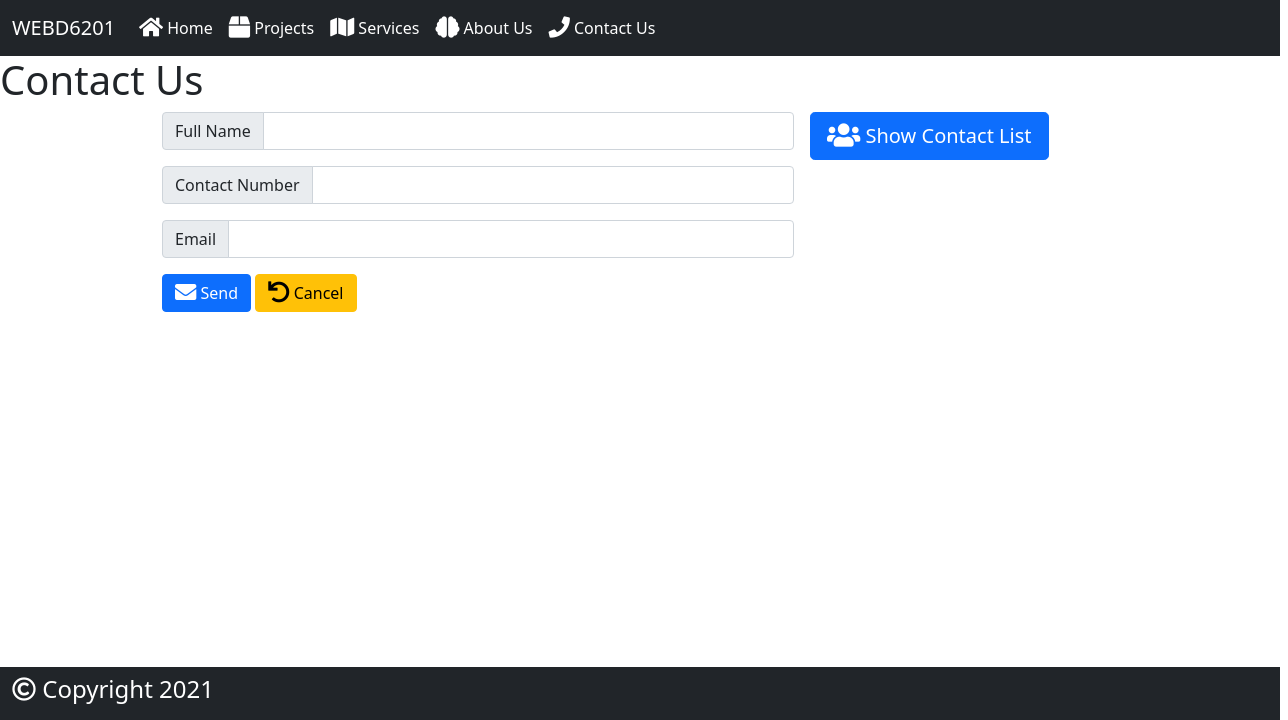
Repository: AshokSasi/WEBD6201-ASasi-JYuan-Lab2
Page: contact.html
The author's editor kept a copy of each file at every save. The page is drawn from the files as they stood at one save, then again after the next save.
The browser window is 1280 px wide. The page is 1288 px wide, then 1280 px, then 1288 px, so the pictures cover 1288 px, including what lies to the right of the window. The pictures show the whole page.

Above is the page before, as saved 2021-01-28 20:36:55.
Not found: Scripts/contact.js

After the next save:
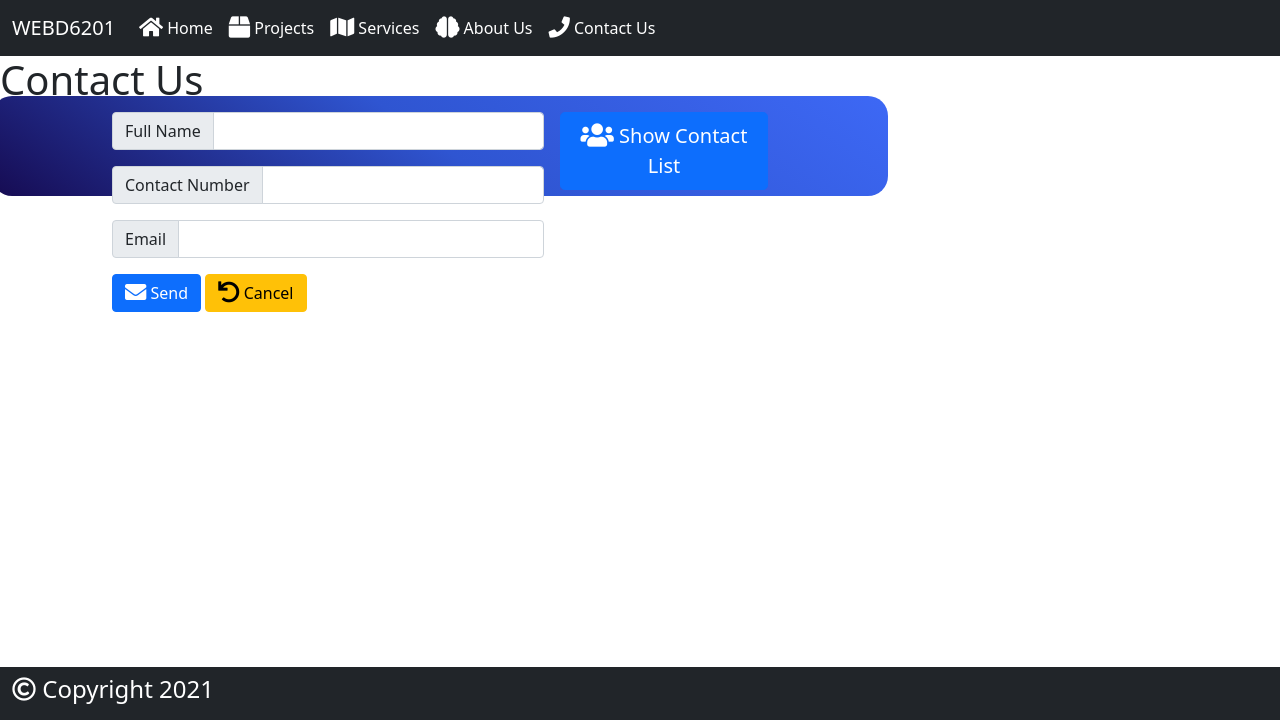
Saved 11 s later.
--- a/Content/app.css
+++ b/Content/app.css
@@ -5,7 +5,7 @@
     background-size: 100% 100%;
 
 }
-.contactForm{
+.contactUsForm{
     color: white;
     border-radius: 20px;
     width: 70%;

After the save that followed:
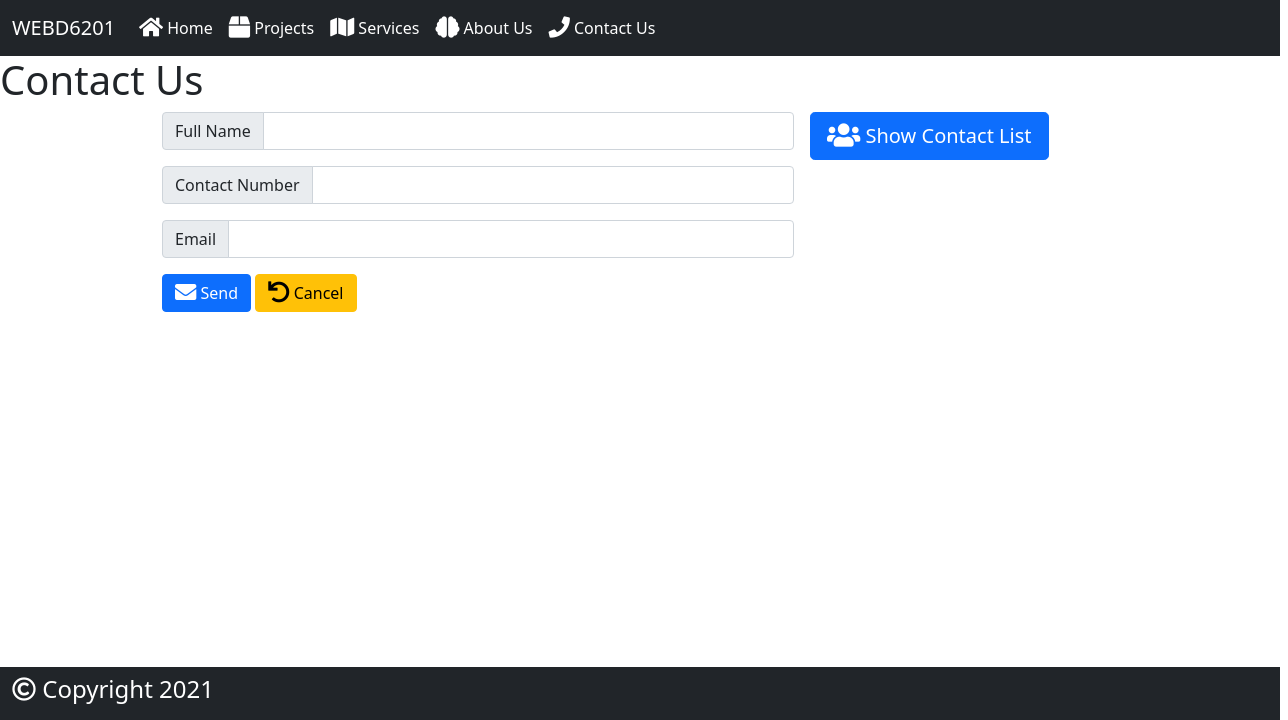
Saved 18 s later.
--- a/Content/app.css
+++ b/Content/app.css
@@ -6,12 +6,7 @@
 
 }
 .contactUsForm{
-    color: white;
-    border-radius: 20px;
-    width: 70%;
-    height: 100px;
-    margin: 50px auto;
-    background: linear-gradient(35deg,#160b52,#2f55d1,#3d68f5)
+   margin: 100px;
 }
 .container{
     color: white;
